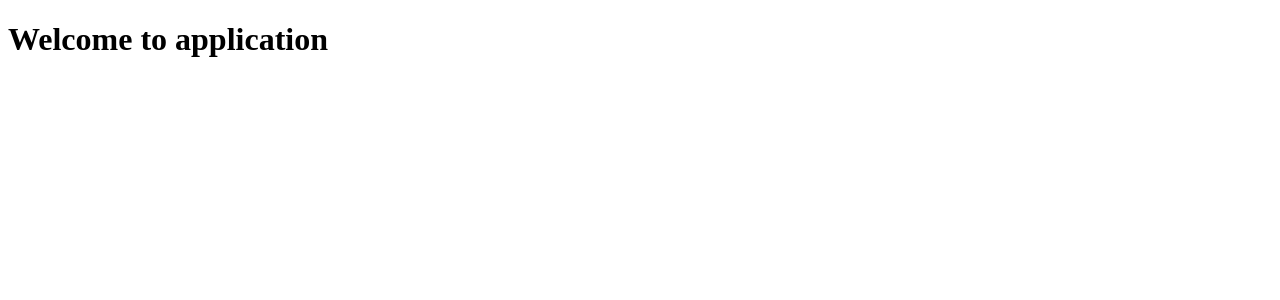
Repository: adit22747/java
Page: http://localhost/web-example1/welcome.jsp
These files come from the project's save history. The page is drawn as it stood at one moment and after the next save; the edit follows.
The browser window is 1280 px wide. The pictures show the whole page.
The page is served by Tomcat 9. Other server files are loaded and not shown.

Above is the page before, as saved 2021-02-01 11:38:49.

### advance_java/programs/web-example1/src/main/webapp/welcome.jsp
<%@ page language="java" contentType="text/html; charset=ISO-8859-1"
    pageEncoding="ISO-8859-1"%>
<!DOCTYPE html>
<html>
<head>
<meta charset="ISO-8859-1">
<title>Insert title here</title>
</head>
<body>
	<h1>Welcome to application</h1>
</body>
</html>

After the next save:
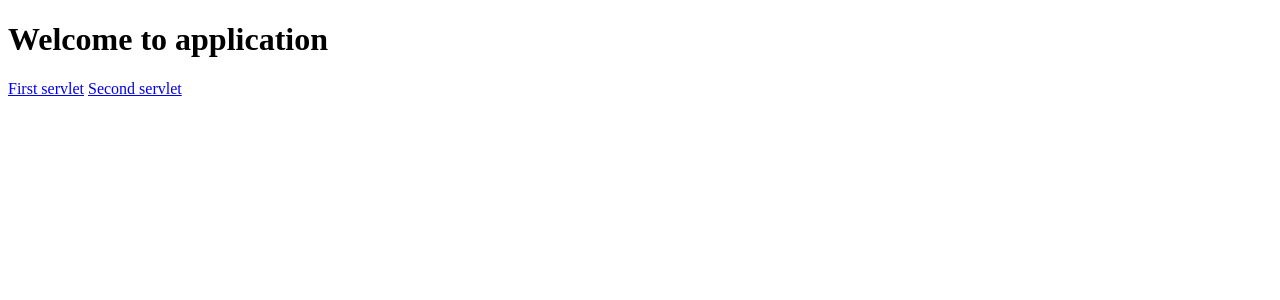
Saved 2 min 40 s later.
--- a/advance_java/programs/web-example1/src/main/webapp/welcome.jsp
+++ b/advance_java/programs/web-example1/src/main/webapp/welcome.jsp
@@ -8,5 +8,7 @@
 </head>
 <body>
 	<h1>Welcome to application</h1>
+	<a href="First">First servlet</a>
+	<a href="Second">Second servlet</a>
 </body>
 </html>
